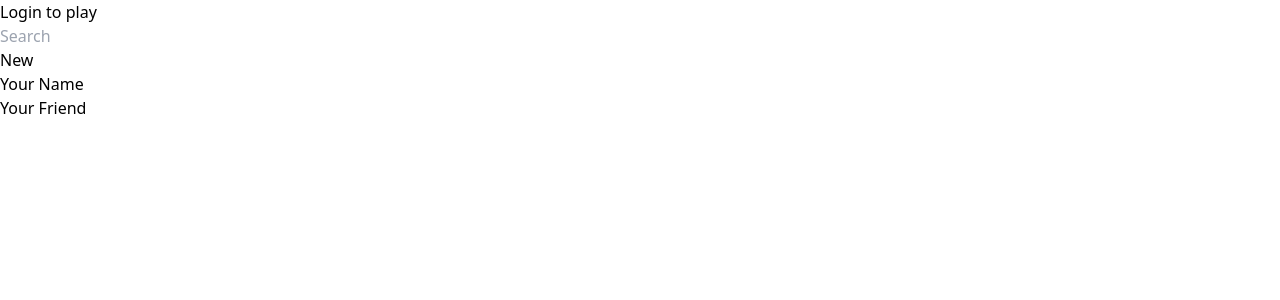
Repository: Teddy1705/demo_pj
Page: /
The author's editor kept a copy of each file at every save. The page is drawn from the files as they stood at one save, then again after the next save.
The browser window is 1280 px wide. The pictures show the whole page.
The project was rebuilt for these pictures with package versions that can differ from the ones it lists, and the page was loaded fresh each time. Also part of the build but not shown: vite.config.js.

Above is the page before, as saved 2024-04-16 08:47:03.

### index.html
<!DOCTYPE html>
<html lang="en">
  <head>
    <meta charset="UTF-8" />
    <link rel="icon" type="image/svg+xml" href="/vite.svg" />
    <meta name="viewport" content="width=device-width, initial-scale=1.0" />
    <title>Tic Tac Toe</title>
    <link rel="stylesheet" href="./src/index.css" />
  </head>
  <body>
    <div id="root"></div>
    <script type="module" src="/src/main.jsx"></script>
  </body>
</html>

### src/index.css
/*
! tailwindcss v3.4.3 | MIT License | https://tailwindcss.com
*/

/*
1. Prevent padding and border from affecting element width. (https://github.com/mozdevs/cssremedy/issues/4)
2. Allow adding a border to an element by just adding a border-width. (https://github.com/tailwindcss/tailwindcss/pull/116)
*/

*,
::before,
::after {
  box-sizing: border-box;
  /* 1 */
  border-width: 0;
  /* 2 */
  border-style: solid;
  /* 2 */
  border-color: #e5e7eb;
  /* 2 */
}

::before,
::after {
  --tw-content: "";
}

/*
1. Use a consistent sensible line-height in all browsers.
2. Prevent adjustments of font size after orientation changes in iOS.
3. Use a more readable tab size.
4. Use the user's configured `sans` font-family by default.
5. Use the user's configured `sans` font-feature-settings by default.
6. Use the user's configured `sans` font-variation-settings by default.
7. Disable tap highlights on iOS
*/

html,
:host {
  line-height: 1.5;
  /* 1 */
  -webkit-text-size-adjust: 100%;
  /* 2 */
  -moz-tab-size: 4;
  /* 3 */
  -o-tab-size: 4;
  tab-size: 4;
  /* 3 */
  font-family: ui-sans-serif, system-ui, sans-serif, "Apple Color Emoji",
    "Segoe UI Emoji", "Segoe UI Symbol", "Noto Color Emoji";
  /* 4 */
  font-feature-settings: normal;
  /* 5 */
  font-variation-settings: normal;
  /* 6 */
  -webkit-tap-highlight-color: transparent;
  /* 7 */
}

/*
1. Remove the margin in all browsers.
2. Inherit line-height from `html` so users can set them as a class directly on the `html` element.
*/

body {
  margin: 0;
  /* 1 */
  line-height: inherit;
  /* 2 */
}

/*
1. Add the correct height in Firefox.
2. Correct the inheritance of border color in Firefox. (https://bugzilla.mozilla.org/show_bug.cgi?id=190655)
3. Ensure horizontal rules are visible by default.
*/

hr {
  height: 0;
  /* 1 */
  color: inherit;
  /* 2 */
  border-top-width: 1px;
  /* 3 */
}

/*
Add the correct text decoration in Chrome, Edge, and Safari.
*/

abbr:where([title]) {
  -webkit-text-decoration: underline dotted;
  text-decoration: underline dotted;
}

/*
Remove the default font size and weight for headings.
*/

h1,
h2,
h3,
h4,
h5,
h6 {
  font-size: inherit;
  font-weight: inherit;
}

/*
Reset links to optimize for opt-in styling instead of opt-out.
*/

a {
  color: inherit;
  text-decoration: inherit;
}

/*
Add the correct font weight in Edge and Safari.
*/

b,
strong {
  font-weight: bolder;
}

/*
1. Use the user's configured `mono` font-family by default.
2. Use the user's configured `mono` font-feature-settings by default.
3. Use the user's configured `mono` font-variation-settings by default.
4. Correct the odd `em` font sizing in all browsers.
*/

code,
kbd,
samp,
pre {
  font-family: ui-monospace, SFMono-Regular, Menlo, Monaco, Consolas,
    "Liberation Mono", "Courier New", monospace;
  /* 1 */
  font-feature-settings: normal;
  /* 2 */
  font-variation-settings: normal;
  /* 3 */
  font-size: 1em;
  /* 4 */
}

/*
Add the correct font size in all browsers.
*/

small {
  font-size: 80%;
}

/*
Prevent `sub` and `sup` elements from affecting the line height in all browsers.
*/

sub,
sup {
  font-size: 75%;
  line-height: 0;
  position: relative;
  vertical-align: baseline;
}

sub {
  bottom: -0.25em;
}

sup {
  top: -0.5em;
}

/*
1. Remove text indentation from table contents in Chrome and Safari. (https://bugs.chromium.org/p/chromium/issues/detail?id=999088, https://bugs.webkit.org/show_bug.cgi?id=201297)
2. Correct table border color inheritance in all Chrome and Safari. (https://bugs.chromium.org/p/chromium/issues/detail?id=935729, https://bugs.webkit.org/show_bug.cgi?id=195016)
3. Remove gaps between table borders by default.
*/

table {
  text-indent: 0;
  /* 1 */
  border-color: inherit;
  /* 2 */
  border-collapse: collapse;
  /* 3 */
}

/*
1. Change the font styles in all browsers.
2. Remove the margin in Firefox and Safari.
3. Remove default padding in all browsers.
*/

button,
input,
optgroup,
select,
textarea {
  font-family: inherit;
  /* 1 */
  font-feature-settings: inherit;
  /* 1 */
  font-variation-settings: inherit;
  /* 1 */
  font-size: 100%;
  /* 1 */
  font-weight: inherit;
  /* 1 */
  line-height: inherit;
  /* 1 */
  letter-spacing: inherit;
  /* 1 */
  color: inherit;
  /* 1 */
  margin: 0;
  /* 2 */
  padding: 0;
  /* 3 */
}

/*
Remove the inheritance of text transform in Edge and Firefox.
*/

button,
select {
  text-transform: none;
}

/*
1. Correct the inability to style clickable types in iOS and Safari.
2. Remove default button styles.
*/

button,
input:where([type="button"]),
input:where([type="reset"]),
input:where([type="submit"]) {
  -webkit-appearance: button;
  /* 1 */
  background-color: transparent;
  /* 2 */
  background-image: none;
  /* 2 */
}

/*
Use the modern Firefox focus style for all focusable elements.
*/

:-moz-focusring {
  outline: auto;
}

/*
Remove the additional `:invalid` styles in Firefox. (https://github.com/mozilla/gecko-dev/blob/2f9eacd9d3d995c937b4251a5557d95d494c9be1/layout/style/res/forms.css#L728-L737)
*/

:-moz-ui-invalid {
  box-shadow: none;
}

/*
Add the correct vertical alignment in Chrome and Firefox.
*/

progress {
  vertical-align: baseline;
}

/*
Correct the cursor style of increment and decrement buttons in Safari.
*/

::-webkit-inner-spin-button,
::-webkit-outer-spin-button {
  height: auto;
}

/*
1. Correct the odd appearance in Chrome and Safari.
2. Correct the outline style in Safari.
*/

[type="search"] {
  -webkit-appearance: textfield;
  /* 1 */
  outline-offset: -2px;
  /* 2 */
}

/*
Remove the inner padding in Chrome and Safari on macOS.
*/

::-webkit-search-decoration {
  -webkit-appearance: none;
}

/*
1. Correct the inability to style clickable types in iOS and Safari.
2. Change font properties to `inherit` in Safari.
*/

::-webkit-file-upload-button {
  -webkit-appearance: button;
  /* 1 */
  font: inherit;
  /* 2 */
}

/*
Add the correct display in Chrome and Safari.
*/

summary {
  display: list-item;
}

/*
Removes the default spacing and border for appropriate elements.
*/

blockquote,
dl,
dd,
h1,
h2,
h3,
h4,
h5,
h6,
hr,
figure,
p,
pre {
  margin: 0;
}

fieldset {
  margin: 0;
  padding: 0;
}

legend {
  padding: 0;
}

ol,
ul,
menu {
  list-style: none;
  margin: 0;
  padding: 0;
}

/*
Reset default styling for dialogs.
*/

dialog {
  padding: 0;
}

/*
Prevent resizing textareas horizontally by default.
*/

textarea {
  resize: vertical;
}

/*
1. Reset the default placeholder opacity in Firefox. (https://github.com/tailwindlabs/tailwindcss/issues/3300)
2. Set the default placeholder color to the user's configured gray 400 color.
*/

input::-moz-placeholder,
textarea::-moz-placeholder {
  opacity: 1;
  /* 1 */
  color: #9ca3af;
  /* 2 */
}

input::placeholder,
textarea::placeholder {
  opacity: 1;
  /* 1 */
  color: #9ca3af;
  /* 2 */
}

/*
Set the default cursor for buttons.
*/

button,
[role="button"] {
  cursor: pointer;
}

/*
Make sure disabled buttons don't get the pointer cursor.
*/

:disabled {
  cursor: default;
}

/*
1. Make replaced elements `display: block` by default. (https://github.com/mozdevs/cssremedy/issues/14)
2. Add `vertical-align: middle` to align replaced elements more sensibly by default. (https://github.com/jensimmons/cssremedy/issues/14#issuecomment-634934210)
   This can trigger a poorly considered lint error in some tools but is included by design.
*/

img,
svg,
video,
canvas,
audio,
iframe,
embed,
object {
  display: block;
  /* 1 */
  vertical-align: middle;
  /* 2 */
}

/*
Constrain images and videos to the parent width and preserve their intrinsic aspect ratio. (https://github.com/mozdevs/cssremedy/issues/14)
*/

img,
video {
  max-width: 100%;
  height: auto;
}

/* Make elements with the HTML hidden attribute stay hidden by default */

[hidden] {
  display: none;
}

*,
::before,
::after {
  --tw-border-spacing-x: 0;
  --tw-border-spacing-y: 0;
  --tw-translate-x: 0;
  --tw-translate-y: 0;
  --tw-rotate: 0;
  --tw-skew-x: 0;
  --tw-skew-y: 0;
  --tw-scale-x: 1;
  --tw-scale-y: 1;
  --tw-pan-x: ;
  --tw-pan-y: ;
  --tw-pinch-zoom: ;
  --tw-scroll-snap-strictness: proximity;
  --tw-gradient-from-position: ;
  --tw-gradient-via-position: ;
  --tw-gradient-to-position: ;
  --tw-ordinal: ;
  --tw-slashed-zero: ;
  --tw-numeric-figure: ;
  --tw-numeric-spacing: ;
  --tw-numeric-fraction: ;
  --tw-ring-inset: ;
  --tw-ring-offset-width: 0px;
  --tw-ring-offset-color: #fff;
  --tw-ring-color: rgb(59 130 246 / 0.5);
  --tw-ring-offset-shadow: 0 0 #0000;
  --tw-ring-shadow: 0 0 #0000;
  --tw-shadow: 0 0 #0000;
  --tw-shadow-colored: 0 0 #0000;
  --tw-blur: ;
  --tw-brightness: ;
  --tw-contrast: ;
  --tw-grayscale: ;
  --tw-hue-rotate: ;
  --tw-invert: ;
  --tw-saturate: ;
  --tw-sepia: ;
  --tw-drop-shadow: ;
  --tw-backdrop-blur: ;
  --tw-backdrop-brightness: ;
  --tw-backdrop-contrast: ;
  --tw-backdrop-grayscale: ;
  --tw-backdrop-hue-rotate: ;
  --tw-backdrop-invert: ;
  --tw-backdrop-opacity: ;
  --tw-backdrop-saturate: ;
  --tw-backdrop-sepia: ;
  --tw-contain-size: ;
  --tw-contain-layout: ;
  --tw-contain-paint: ;
  --tw-contain-style: ;
}

::backdrop {
  --tw-border-spacing-x: 0;
  --tw-border-spacing-y: 0;
  --tw-translate-x: 0;
  --tw-translate-y: 0;
  --tw-rotate: 0;
  --tw-skew-x: 0;
  --tw-skew-y: 0;
  --tw-scale-x: 1;
  --tw-scale-y: 1;
  --tw-pan-x: ;
  --tw-pan-y: ;
  --tw-pinch-zoom: ;
  --tw-scroll-snap-strictness: proximity;
  --tw-gradient-from-position: ;
  --tw-gradient-via-position: ;
  --tw-gradient-to-position: ;
  --tw-ordinal: ;
  --tw-slashed-zero: ;
  --tw-numeric-figure: ;
  --tw-numeric-spacing: ;
  --tw-numeric-fraction: ;
  --tw-ring-inset: ;
  --tw-ring-offset-width: 0px;
  --tw-ring-offset-color: #fff;
  --tw-ring-color: rgb(59 130 246 / 0.5);
  --tw-ring-offset-shadow: 0 0 #0000;
  --tw-ring-shadow: 0 0 #0000;
  --tw-shadow: 0 0 #0000;
  --tw-shadow-colored: 0 0 #0000;
  --tw-blur: ;
  --tw-brightness: ;
  --tw-contrast: ;
  --tw-grayscale: ;
  --tw-hue-rotate: ;
  --tw-invert: ;
  --tw-saturate: ;
  --tw-sepia: ;
  --tw-drop-shadow: ;
  --tw-backdrop-blur: ;
  --tw-backdrop-brightness: ;
  --tw-backdrop-contrast: ;
  --tw-backdrop-grayscale: ;
  --tw-backdrop-hue-rotate: ;
  --tw-backdrop-invert: ;
  --tw-backdrop-opacity: ;
  --tw-backdrop-saturate: ;
  --tw-backdrop-sepia: ;
  --tw-contain-size: ;
  --tw-contain-layout: ;
  --tw-contain-paint: ;
  --tw-contain-style: ;
}

#modal {
  position: fixed;
  top: 0;
  right: 0;
  bottom: 0;
  left: 0;
}

#modal .modal__overlay {
  position: absolute;
  width: 100%;
  height: 100%;
  background-color: ;
}

### src/main.jsx
import React from "react";
import ReactDOM from "react-dom/client";
import App from "./App.jsx";
import { createBrowserRouter, RouterProvider } from "react-router-dom";
import Root from "./routes/root";
import "./index.css";

const router = createBrowserRouter([
  {
    path: "/",
    element: <Root />,
  },
]);

ReactDOM.createRoot(document.getElementById("root")).render(
  <React.StrictMode>
    <RouterProvider router={router} />
    <App />
  </React.StrictMode>
);

### src/routes/root.jsx
export default function Root() {
  return (
    <>
      <div id="modal">
        <div className="modal__overlay"></div>
        <div>
          <h1>Login to play</h1>
          <form id="search-form" role="search">
            <input
              id="q"
              aria-label="Search contacts"
              placeholder="Search"
              type="search"
              name="q"
            />
            <div id="search-spinner" aria-hidden hidden={true} />
            <div className="sr-only" aria-live="polite"></div>
          </form>
          <form method="post">
            <button type="submit">New</button>
          </form>
        </div>
        <nav>
          <ul>
            <li>
              <a
                href={`https://codesandbox.io/s/q2z497?file=%2Fsrc%2FApp.js&utm_medium=sandpack`}
              >
                Your Name
              </a>
            </li>
            <li>
              <a href={`/contacts/2`}>Your Friend</a>
            </li>
          </ul>
        </nav>
      </div>
      <div id="detail"></div>
    </>
  );
}

Loaded but not shown: src/App.jsx (common file)

After the next save:
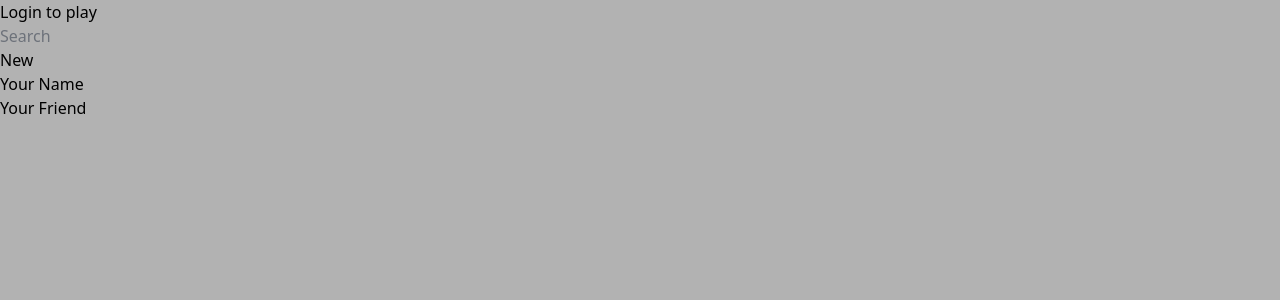
Saved 14 s later.
--- a/src/index.css
+++ b/src/index.css
@@ -571,5 +571,5 @@ video {
   position: absolute;
   width: 100%;
   height: 100%;
-  background-color: ;
-}
+  background-color: rgba(0, 0, 0, 0.3);
+}
